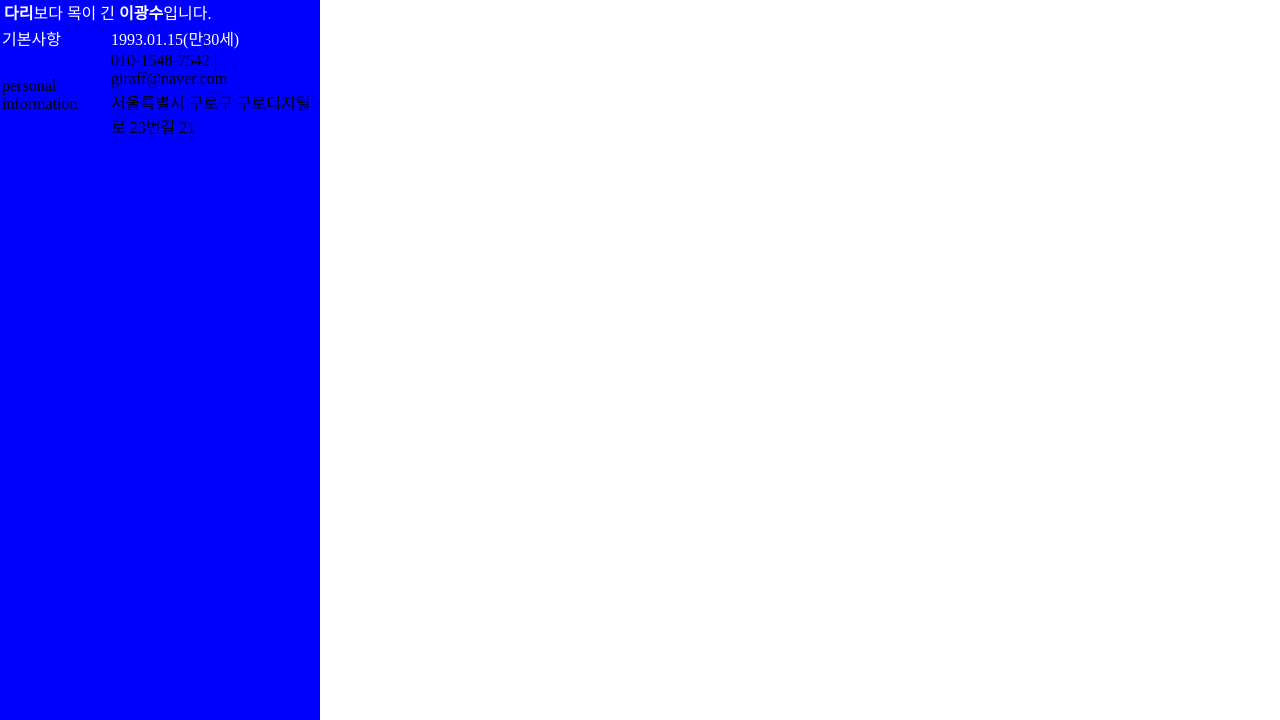
Repository: marudaga/html-css-lecture
Page: work/study/src/main/webapp/htmlEx/ch04/myQuiz2.html
An editor plug-in stored every save of this project. The page is shown before and after the next save, followed by the edit.
The browser window is 1280 px wide. The pictures show the whole page.

Above is the page before, as saved 2022-09-07 08:15:36.

### work/study/src/main/webapp/htmlEx/ch04/myQuiz2.html
<!DOCTYPE html>
<html>
<head>
<meta charset="UTF-8">
<title>Insert title here</title>
<style type="text/css">
*{	margin:0;
	padding:0;}
.background {
	background-color: blue;
	width: 25%;
	height: 100vh;
}
.table tr:nth-child(1),span {
border-bottom:white;
border-top:white;
color: white;
}
.table
</style>
</head>
<body>
	<div class="background">
	<span class="사진">
	<img src="">
	</span>
	<span id="bigtitle"><b>다리</b>보다 목이 긴</span>
	<span id="bigtitle"><b>이광수</b>입니다.</span>
		<table class="table">
			<tr>
				<td>기본사항</td>
				<td>1993.01.15(만30세)</td>
			</tr>
			<tr>
				<td rowspan="2">personal information</td>
				<td>010-1548-7542 | giraff@naver.com</td>
			</tr>
			<tr>
				<td>서울특별시 구로구 구로디지털로 23번길 21</td>
			</tr>
		</table>
		<table class="table">
			<tr>
				<td></td>
				<td></td>
				<td></td>
			</tr>
			<tr>
				<td></td>
				<td></td>
				<td></td>
			</tr>

			<tr>
				<td></td>
				<td></td>
				<td></td>
			</tr>

			<tr>
				<td></td>
				<td></td>
				<td></td>
			</tr>
		</table>

	</div>
</body>
</html>

After the next save:
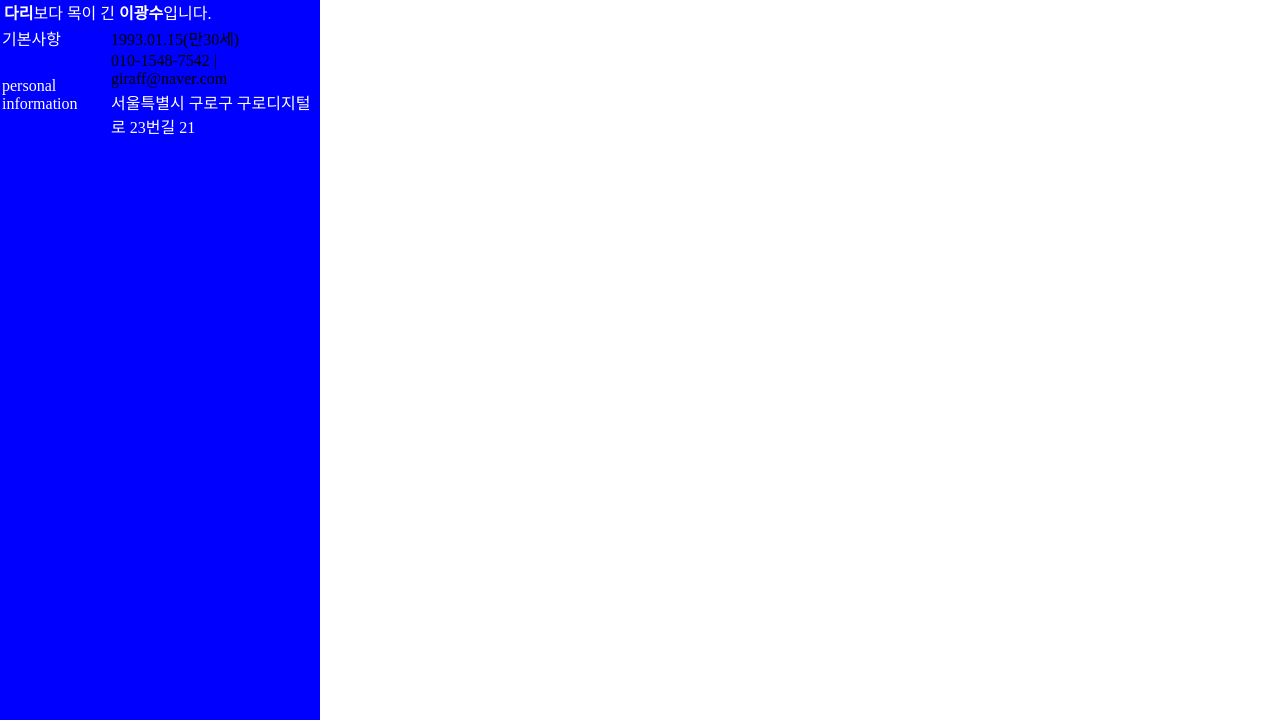
Saved 9 s later.
--- a/work/study/src/main/webapp/htmlEx/ch04/myQuiz2.html
+++ b/work/study/src/main/webapp/htmlEx/ch04/myQuiz2.html
@@ -11,7 +11,7 @@
 	width: 25%;
 	height: 100vh;
 }
-.table tr:nth-child(1),span {
+.table td:nth-child(1),span {
 border-bottom:white;
 border-top:white;
 color: white;
